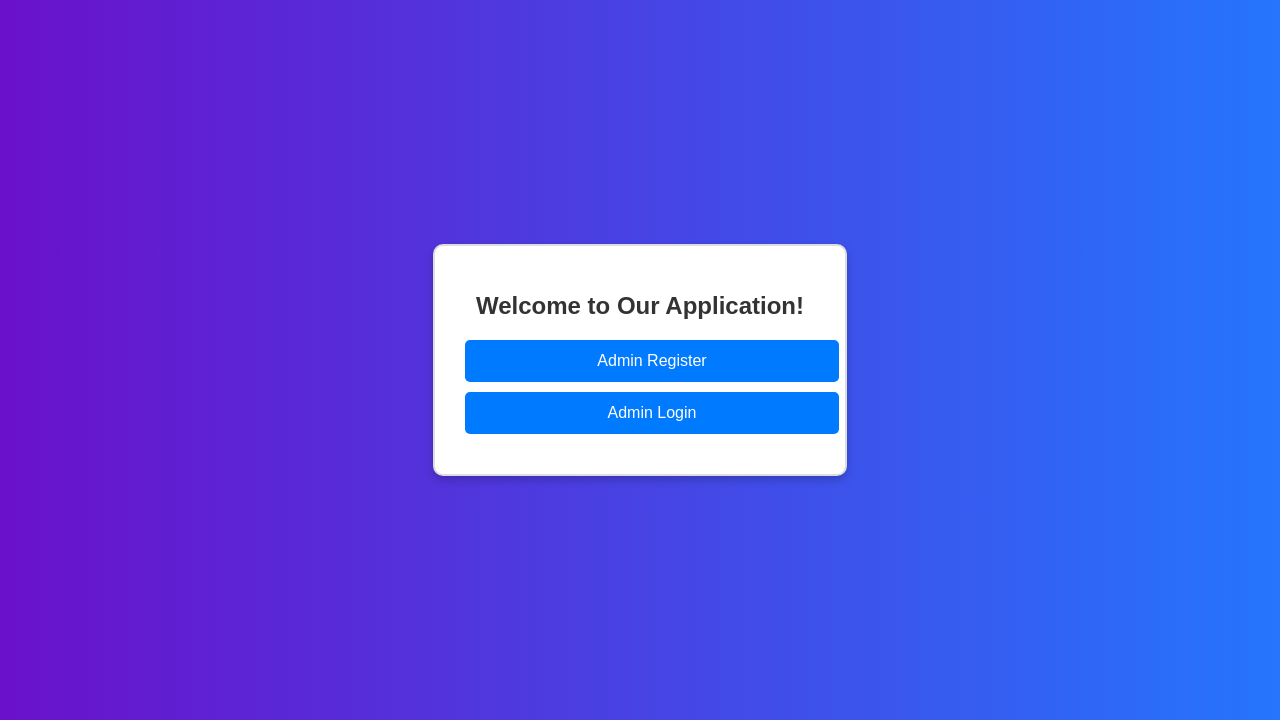
Repository: Purnima-Kushwah11/Online-Product-Management-System
Page: RegistartionProject/src/main/webapp/home.html
The author's editor kept a copy of each file at every save. The page is drawn from the files as they stood at one save, then again after the next save.
The browser window is 1280 px wide. The pictures show the whole page.

Above is the page before, as saved 2025-02-18 18:57:11.

After the next save:
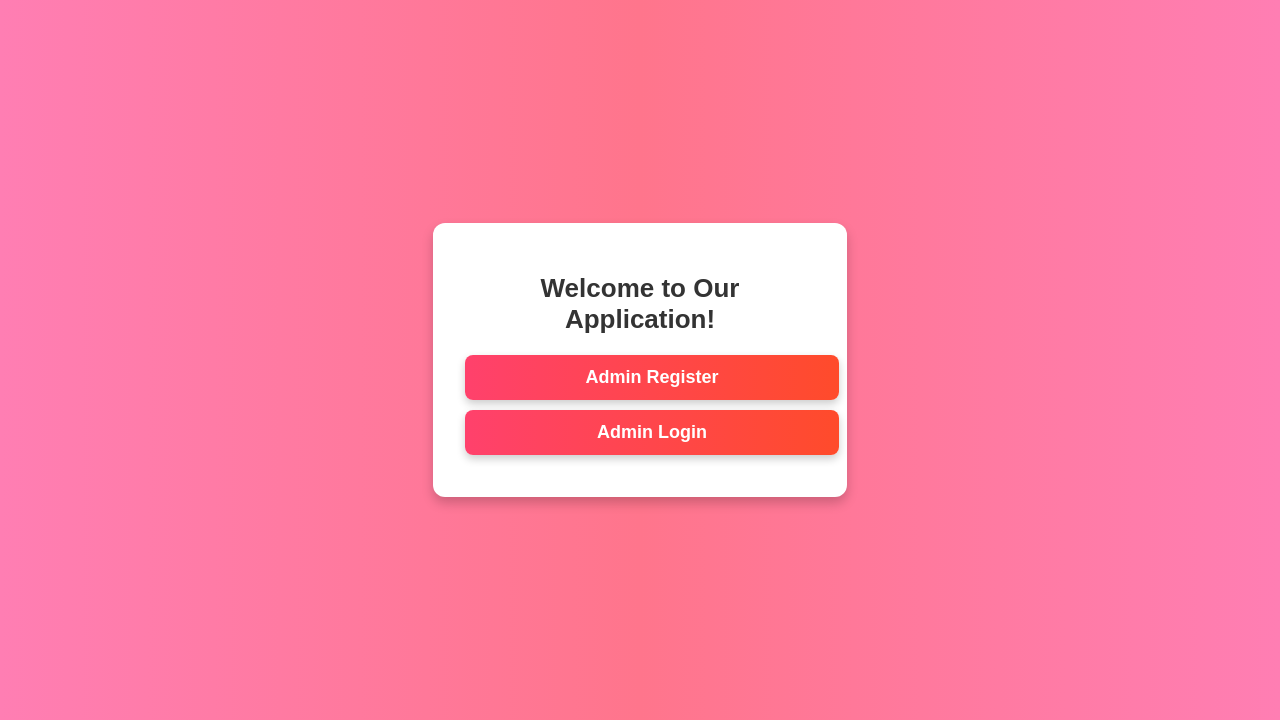
Saved 76 s later.
--- a/RegistartionProject/src/main/webapp/home.html
+++ b/RegistartionProject/src/main/webapp/home.html
@@ -8,7 +8,7 @@
         /* Background Styling */
         body {
             font-family: Arial, sans-serif;
-            background: linear-gradient(to right, #6a11cb, #2575fc);
+            background: linear-gradient(to right, #ff7eb3, #ff758c, #ff7eb3);
             margin: 0;
             padding: 0;
             display: flex;
@@ -21,17 +21,17 @@
         .container {
             background: white;
             padding: 30px;
-            border-radius: 10px;
-            box-shadow: 0 4px 8px rgba(0, 0, 0, 0.2);
+            border-radius: 12px;
+            box-shadow: 0 6px 12px rgba(0, 0, 0, 0.2);
             text-align: center;
             width: 350px;
-            border: 2px solid #ddd;
+            border: 2px solid rgba(255, 255, 255, 0.5);
         }
 
         /* Heading Style */
         h1 {
             color: #333;
-            font-size: 24px;
+            font-size: 26px;
             margin-bottom: 20px;
         }
 
@@ -41,18 +41,21 @@
             width: 100%;
             padding: 12px;
             margin: 10px 0;
-            font-size: 16px;
+            font-size: 18px;
             text-decoration: none;
             color: white;
-            background-color: #007bff;
-            border-radius: 5px;
+            background: linear-gradient(to right, #ff416c, #ff4b2b);
+            border-radius: 8px;
             transition: 0.3s;
+            text-align: center;
+            font-weight: bold;
             border: none;
-            text-align: center;
+            box-shadow: 0px 4px 8px rgba(0, 0, 0, 0.2);
         }
 
         .btn:hover {
-            background-color: #0056b3;
+            background: linear-gradient(to right, #ff4b2b, #ff416c);
+            transform: scale(1.05);
         }
     </style>
     <script>
